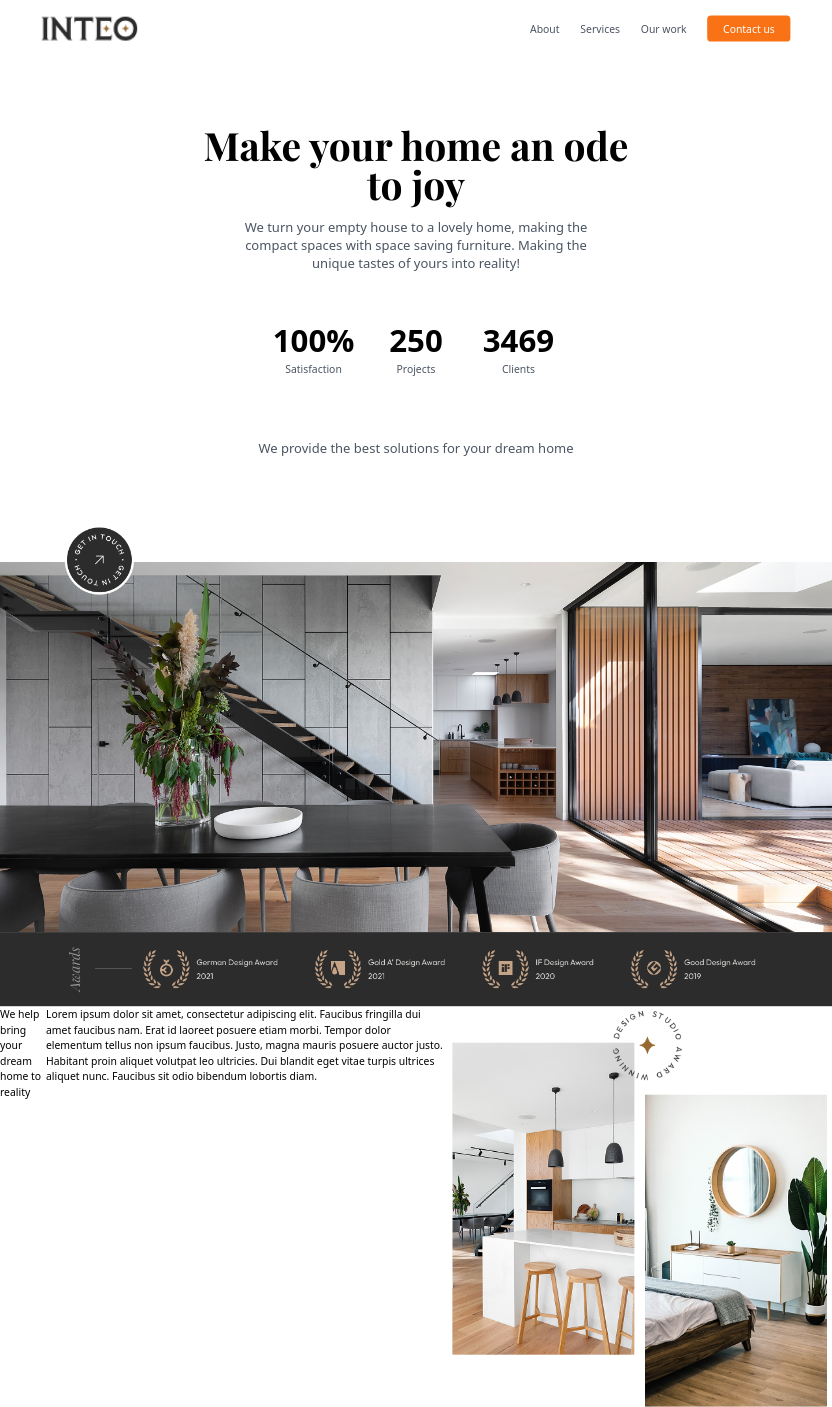
Repository: CatherinneJ/responsive-tailwind-website
Page: tailwind.html
These files come from the project's save history. The page is drawn as it stood at one moment and after the next save; the edit follows.
The browser window is 1280 px wide. The pictures show the whole page, at 65% of full size.
Some web libraries are served in a nearby version.

Above is the page before, as saved 2025-05-20 18:50:57.

After the next save:
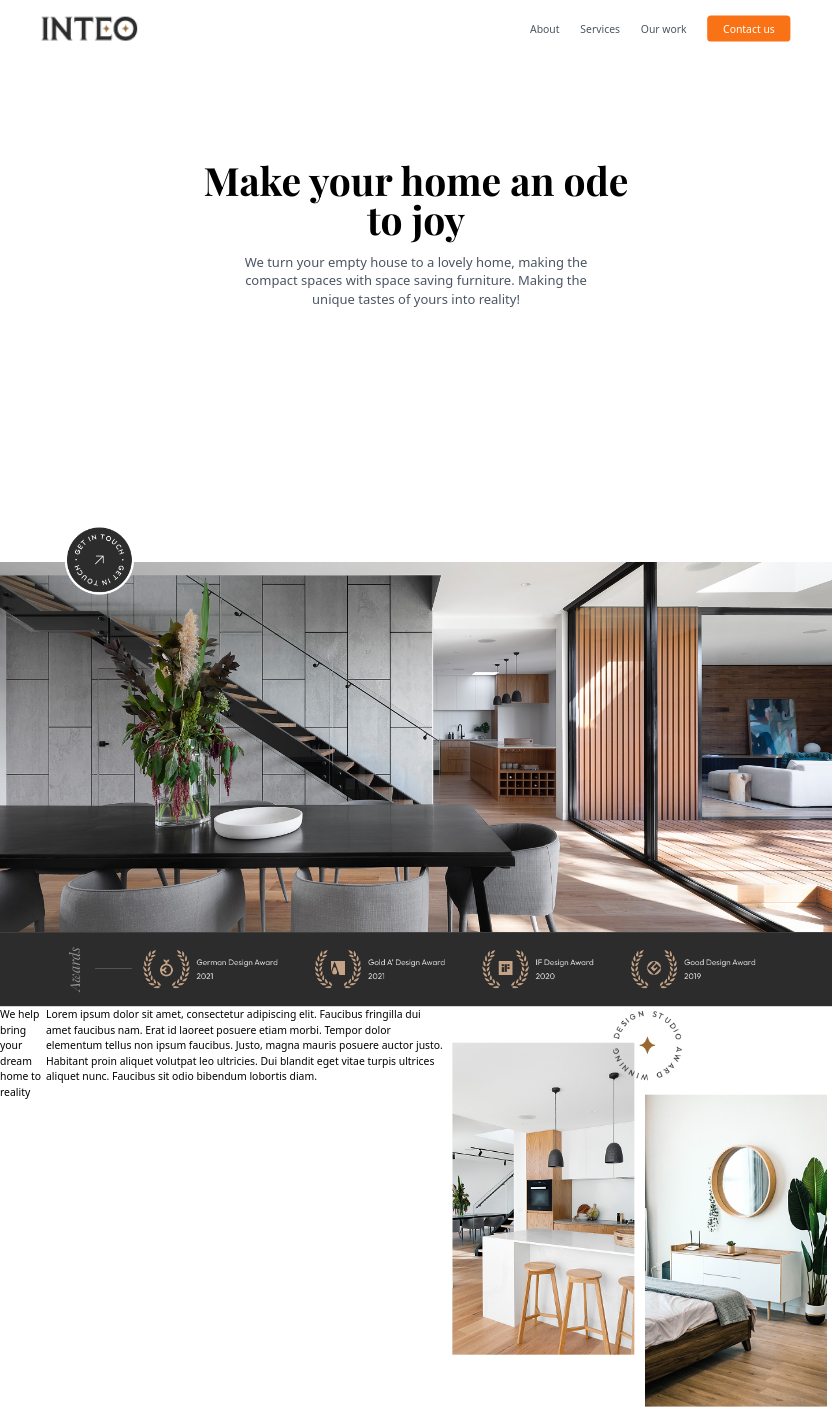
Saved 72 s later.
--- a/tailwind.html
+++ b/tailwind.html
@@ -26,7 +26,7 @@
     </header>
 
    <section class="flex flex-col items-center justify-center px-8 lg:px-16 py-12 md:py-24 min-h-screen text-center">
-        <h1 class="text-4xl md:text-5xl lg:text-6xl font-bold font-playfair mb-6 max-w-2xl flex" >
+        <h1 class="text-4xl md:text-5xl lg:text-6xl font-bold font-playfair mb-6 max-w-2xl flex " >
             Make your home an ode to joy
         </h1>
 
@@ -36,22 +36,6 @@
 
         <div class="grid grid-cols-1 md:grid-cols-3 gap-8 mb-16 md:mb-24">
             <div>
-                <p class="text-4xl md:text-5xl font-bold mb-2">100%</p>
-                <p class="text-gray-600">Satisfaction</p>
-            </div>
-            <div>
-                <p class="text-4xl md:text-5xl font-bold mb-2">250</p>
-                <p class="text-gray-600">Projects</p>
-            </div>
-            <div>
-                <p class="text-4xl md:text-5xl font-bold mb-2">3469</p>
-                <p class="text-gray-600">Clients</p>
-            </div>
-        </div>
-
-        <p class="text-lg md:text-xl text-gray-600 max-w-xl">
-            We provide the best solutions for your dream home
-        </p>
     </section>
     <section>
         <img src="./Assets/Creative.png" class="w-full" alt="background1">
